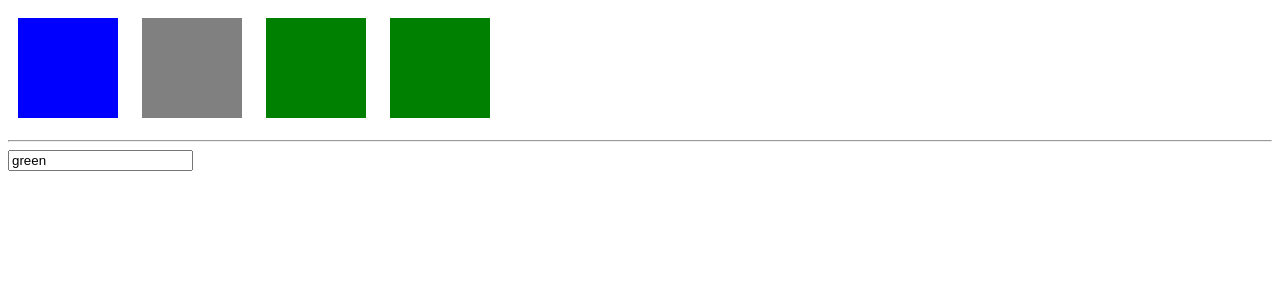
Repository: wojkos/Learn
Page: Vue/index6.html
The author's editor kept a copy of each file at every save. The page is drawn from the files as they stood at one save, then again after the next save.
The browser window is 1280 px wide. The pictures show the whole page.

Above is the page before, as saved 2018-04-10 23:02:55.

### Vue/index6.html
<!DOCTYPE html>
<html lang="en">

<head>
    <meta charset="UTF-8">
    <title>Document</title>
    <style>
        .demo {
            width: 100px;
            height: 100px;
            background-color: grey;
            display: inline-block;
            margin: 10px;
        }

        .red {
            background-color: red;
        }

        .blue {
            background-color: blue;
        }

        .green {
            background-color: green;
        }
    </style>
    <script src="vue/vue.js">
    </script>
</head>

<body>
    <div id="app">
        <div class="demo" @click="attachRed = !attachRed" :class="divClasses"></div>
        <div class="demo" :class="{red: attachRed}"></div>
        <div class="demo" :class="[color, {red: attachRed}]"></div>
        <div class="demo" :style="{backgroundColor: color}"></div>
        <hr>
        <input type="text" v-model="color">
    </div>


    <script>
        new Vue({
            el: '#app',
            data: {
                attachRed: false,
                color: 'green',
                width: 100
            },
            computed: {
                divClasses: function() {
                    return {
                        red: this.attachRed,
                        blue: !this.attachRed
                    }
                }
            }

        });
    </script>
</body>

</html>

Loaded but not shown: Vue/vue/vue.js (library)

After the next save:
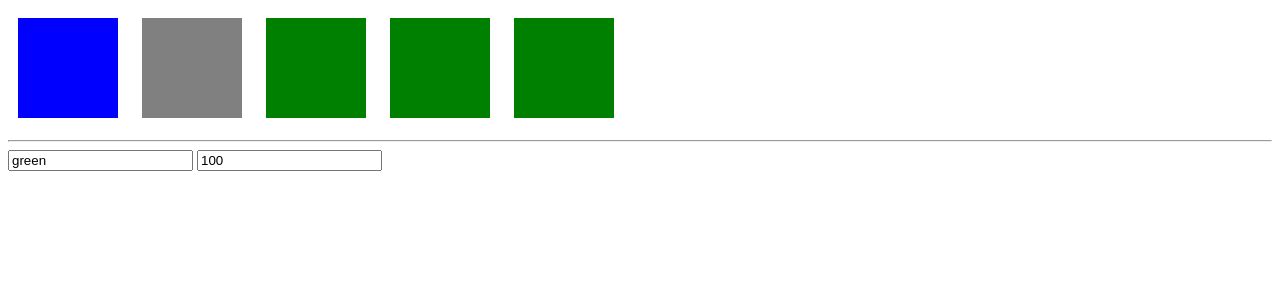
Saved 2 min 53 s later.
--- a/Vue/index6.html
+++ b/Vue/index6.html
@@ -35,8 +35,10 @@
         <div class="demo" :class="{red: attachRed}"></div>
         <div class="demo" :class="[color, {red: attachRed}]"></div>
         <div class="demo" :style="{backgroundColor: color}"></div>
+        <div class="demo" :style="myStyle"></div>
         <hr>
         <input type="text" v-model="color">
+        <input type="text" v-model="width">
     </div>
 
 
@@ -54,6 +56,12 @@
                         red: this.attachRed,
                         blue: !this.attachRed
                     }
+                },
+                myStyle() {
+                    return {
+                        backgroundColor: this.color,
+                        width: this.width + 'px'
+                    }
                 }
             }
 
